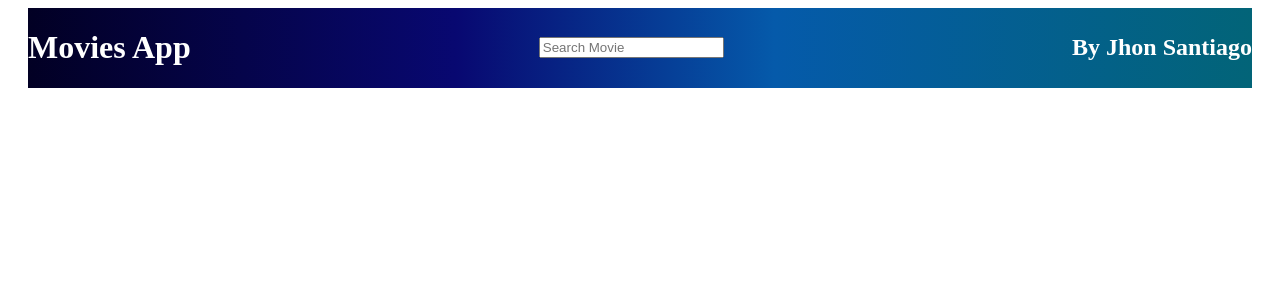
Repository: jhonenmanuel1/movies-get-info-fetch
Page: /
An editor plug-in stored every save of this project. The page is shown before and after the next save, followed by the edit.
The browser window is 1280 px wide. The pictures show the whole page.
The page's requests for data from a server got no answer. The project was rebuilt for these pictures with package versions that can differ from the ones it lists, and the page was loaded fresh each time. No one was signed in, and anything a server would have sent is missing. Also part of the build but not shown: src/App.css.

Above is the page before, as saved 2022-06-15 21:59:08.

After the next save:
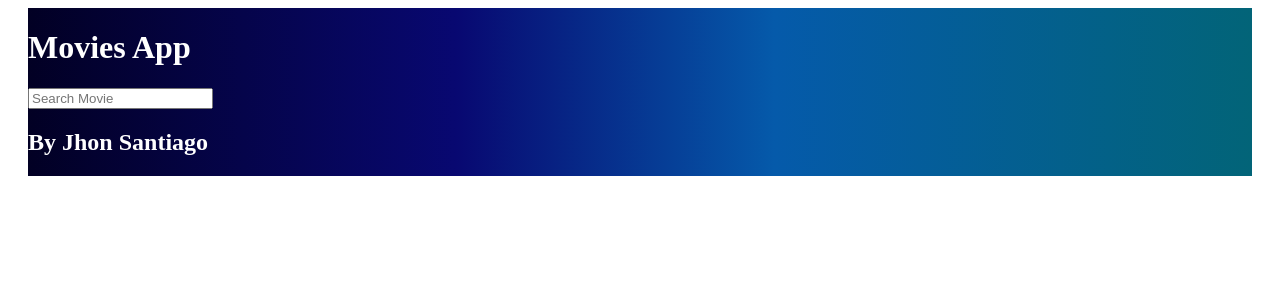
Saved 84 s later.
--- a/src/components/MovieHeader.js
+++ b/src/components/MovieHeader.js
@@ -3,14 +3,18 @@
 import '../styles/MovieHeader.css'
 export default function MovieHeader(props) {
   return (
-    <>
+    < >
       <div className="wraper-header">
-        <h1>Movies App</h1>
+      <div>
+      <h1>Movies App</h1>
         <SearchBox
           searchItem={props.searchItem}
           setSearchItem={props.setSearchItem}
         />
         <h2>By Jhon Santiago</h2>
+
+      </div>
+
       </div>
     </>
   );

After the save that followed:
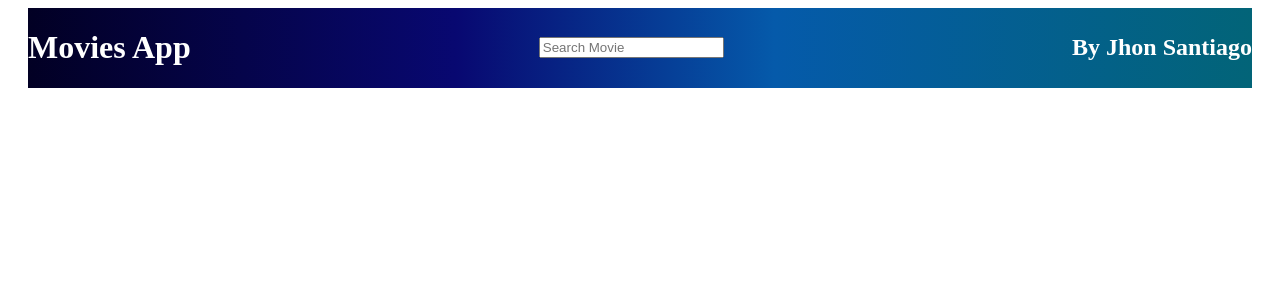
Saved 19 s later.
--- a/src/components/MovieHeader.js
+++ b/src/components/MovieHeader.js
@@ -4,8 +4,8 @@
 export default function MovieHeader(props) {
   return (
     < >
+      <div className="container-header">
       <div className="wraper-header">
-      <div>
       <h1>Movies App</h1>
         <SearchBox
           searchItem={props.searchItem}
